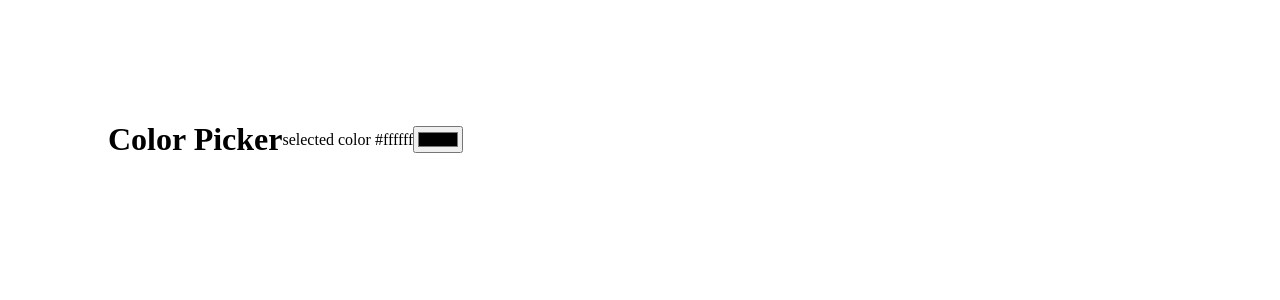
Repository: wakoya-tech/color-picker
Page: /
These files come from the project's save history. The page is drawn as it stood at one moment and after the next save; the edit follows.
The browser window is 1280 px wide. The pictures show the whole page.
The project was rebuilt for these pictures with package versions that can differ from the ones it lists, and the page was loaded fresh each time. Also part of the build but not shown: vite.config.js, src/index.css.

Above is the page before, as saved 2025-10-16 20:41:52.

### src/App.jsx
import { useState } from 'react'
import reactLogo from './assets/react.svg'
import './App.css'
import ColorPicker from './ColorPicker'

function App() {
return(<>

<ColorPicker/>
</>)
}

export default App

### src/App.css
body{
  background-color: white;
}
.color-picker-container{
  display: flex;
  align-items: center;
  justify-items: center;
  margin: 100px;
}

### src/ColorPicker.jsx
import React, { useState } from 'react'

function ColorPicker() {
  const [color,setColor]=useState("#ffffff");
function handleColorChange(e)
{
  setColor(e.target.value);
}
  return (
    <div className='color-picker-container'>
<h1>Color Picker</h1>
<div className='color-display' style={{backgroundColor :color}}>
  <p>selected color {color}</p>
</div>
    <div>
      <label Select a color></label>
      <input type="color" onChange={handleColorChange}/>
    </div>
    </div>
  )
}

export default ColorPicker

Loaded but not shown: index.html (common file); src/main.jsx (common file)

After the next save:
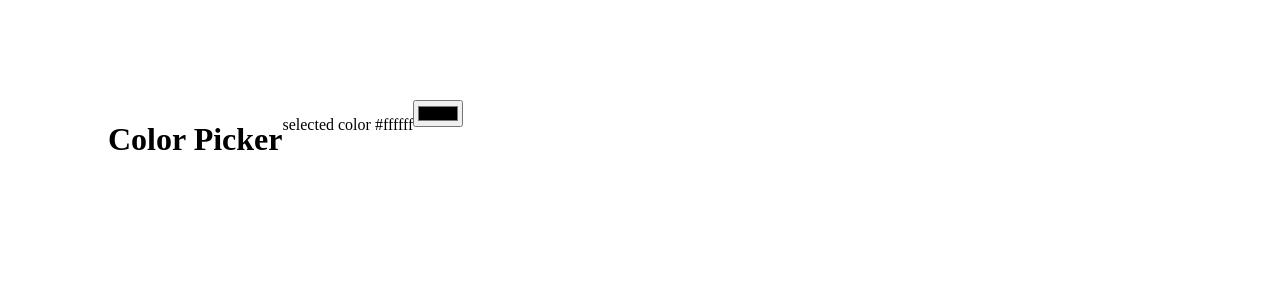
Saved 29 s later.
--- a/src/App.css
+++ b/src/App.css
@@ -3,7 +3,5 @@ body{
 }
 .color-picker-container{
   display: flex;
-  align-items: center;
-  justify-items: center;
   margin: 100px;
 }
